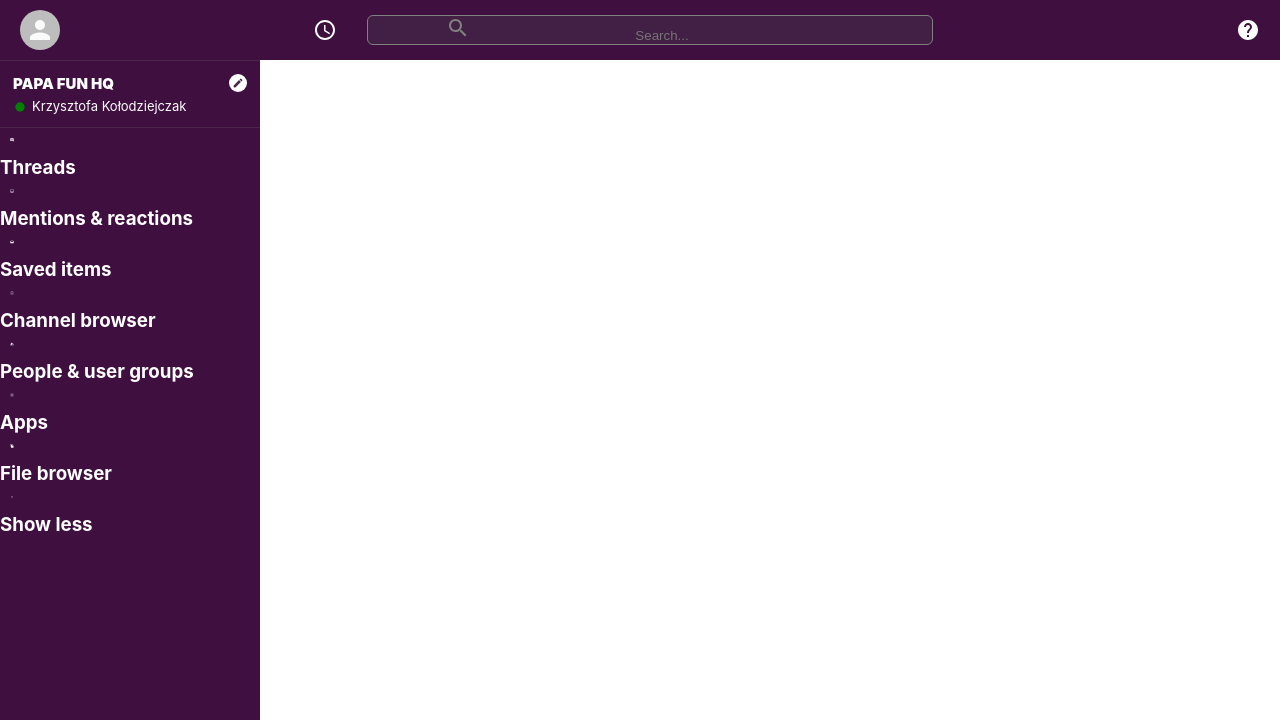
Repository: KrzysKolo/slackClone
Page: /
These files come from the project's save history. The page is drawn as it stood at one moment and after the next save; the edit follows.
The browser window is 1280 px wide. The pictures show the whole page.
The project was rebuilt for these pictures with package versions that can differ from the ones it lists, and the page was loaded fresh each time. Also part of the build but not shown: src/App.css, src/pages/About/About.js.

Above is the page before, as saved 2021-12-27 16:07:55.

After the next save:
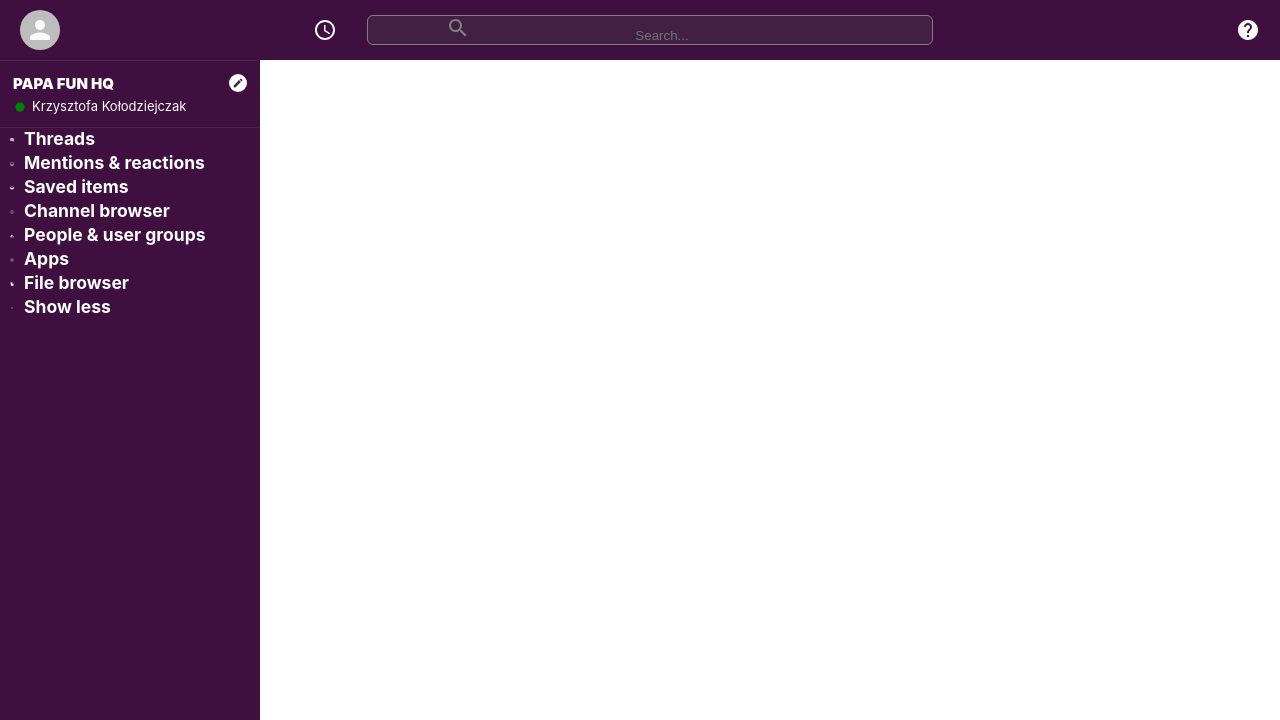
Saved 2 min 26 s later.
--- a/src/components/SidebarOption/style.js
+++ b/src/components/SidebarOption/style.js
@@ -1,4 +1,7 @@
 import styled from 'styled-components';
 
-export const SidebarOptionContainer = styled.div``;
+export const SidebarOptionContainer = styled.div`
+  display: flex;
+  font-size: 15px;
+`;
 export const SidebarOptionChanel = styled.div``;
